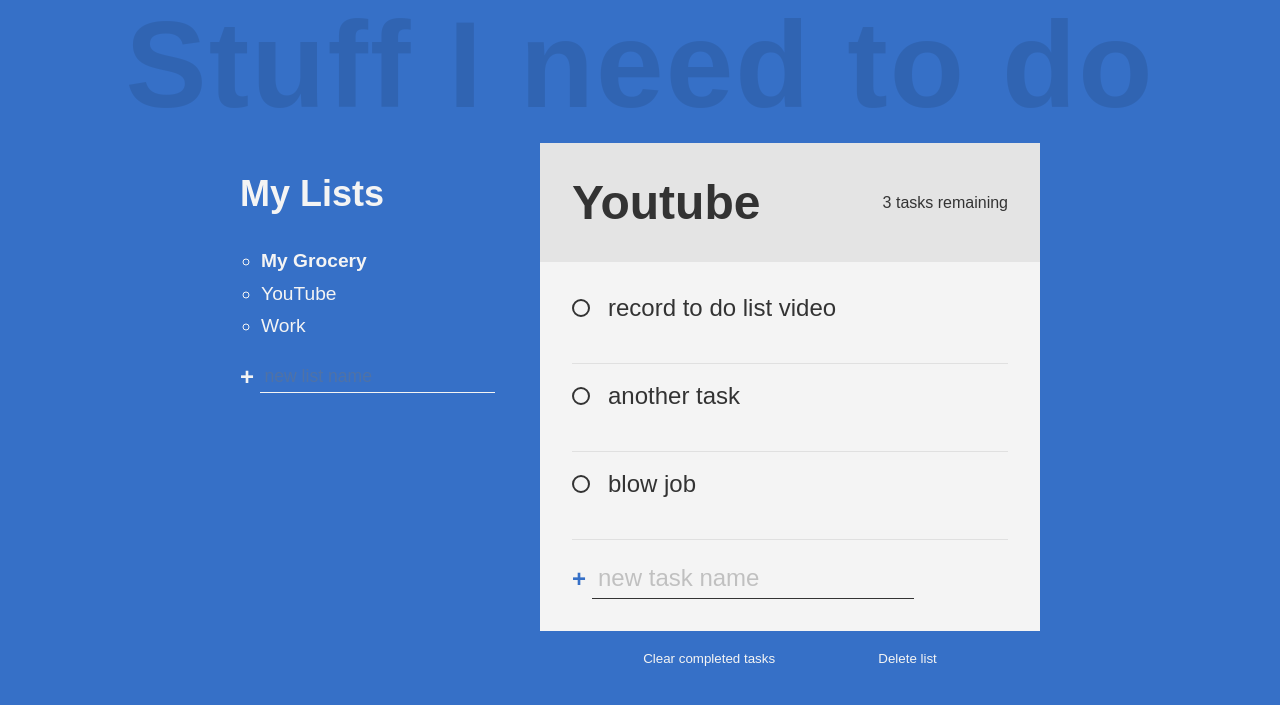
Repository: MohammadMazloum123/To-Do-List-App-
Page: index.html
The author's editor kept a copy of each file at every save. The page is drawn from the files as they stood at one save, then again after a run of saves.
The browser window is 1280 px wide. The pictures show the whole page.

Above is the page before, as saved 2024-02-15 15:35:42.
Console error: ReferenceError: clearElement is not defined

After the next 8 saves:
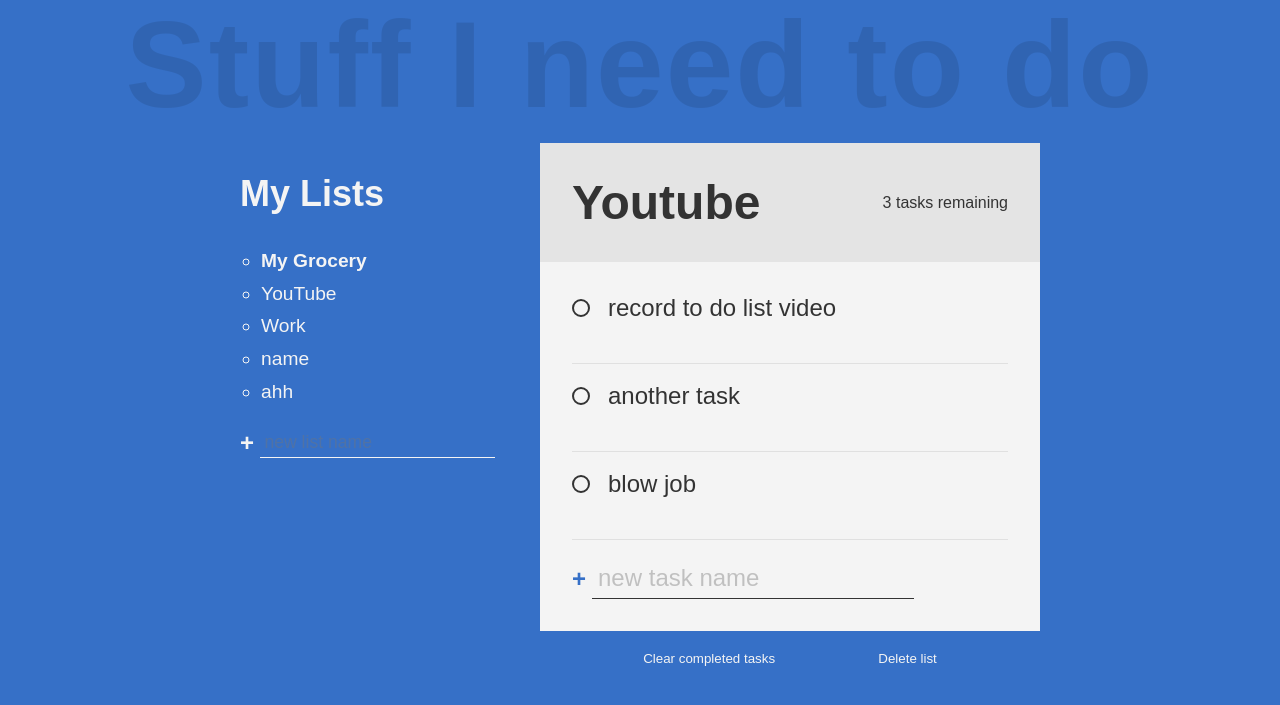
The error is gone.
The 8 saves are shown as one change because they came seconds apart.
The last was saved 93 s later.
--- a/script.js
+++ b/script.js
@@ -10,5 +10,8 @@ function render(){
         listsContainer.appendChild(listElement)
     })
 }
+function clearElement(element){
+
+}
 
 render()
